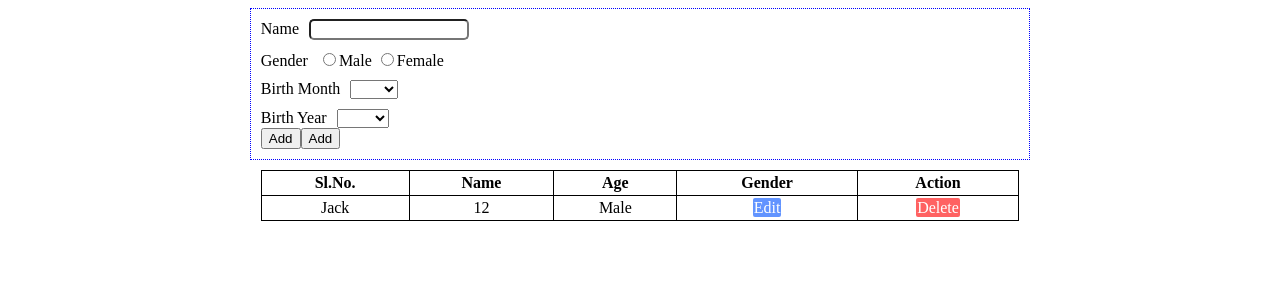
Repository: tysonpaul89/vue-student-crud
Page: /
The author's editor kept a copy of each file at every save. The page is drawn from the files as they stood at one save, then again after the next save.
The browser window is 1280 px wide. The pictures show the whole page.
The project was rebuilt for these pictures with package versions that can differ from the ones it lists, and the page was loaded fresh each time.

Above is the page before, as saved 2020-04-11 13:23:17.

### src/App.vue
<template>
  <div id="app">
    <StudentForm :type="formType" :studentData="student" @studentFormData="addStudent"/>
    <StudentListng
      @editStudent="onStudentEdit"
      @deleteStudent="onStudentDelete"
      :studentArray="students" />
  </div>
</template>

<script>
import StudentListng from './components/StudentListng.vue';
import StudentForm from './components/StudentForm.vue';

export default {
  name: 'App',
  components: {
    StudentListng, // To display student data.
    StudentForm // To Add/Edit student data.
  },
  data() {
    return {
      students: [
        { id:1, name: 'Jack', age: 12, gender: 'Male', birthMonth: 7, birthYear: 2008 },
      ],
      formType: 'create',
      student: null,
    }
  },
  methods: {
    addStudent(data) {
      if (this.formType === 'create') {
        this.students.push(data);
      } else {
        // TODO: Edit student
      }
      this.student = null;
    },
    onStudentEdit(studentId) {
      this.formType = 'edit';
      this.student = this.students.find(student => student.id === studentId)
    },
    onStudentDelete(studentId) {
      this.students = this.students.filter(student => student.id !== studentId)
    }
  }
}
</script>

<style>

</style>

### src/components/StudentListng.vue
<template>
  <table>
    <thead>
      <tr>
        <th>Sl.No.</th>
        <th>Name</th>
        <th>Age</th>
        <th>Gender</th>
        <th colspan="2">Action</th>
      </tr>
    </thead>
    <tbody>
      <tr v-for="student in studentArray" :key="student.id">
        <td>{{ student.name }}</td>
        <td>{{ student.age }}</td>
        <td>{{ student.gender }}</td>
        <td class="btn-td"><a id="btn-edit" href="#" @click="onStudentEdit(student.id)">Edit</a></td>
        <td class="btn-td"><a id="btn-delete" href="#" @click="onStudentDelete(student.id)">Delete</a></td>
      </tr>
    </tbody>
  </table>
</template>

<script>
export default {
  props: {
    studentArray: Array
  },
  methods: {
    onStudentEdit(studentID) {
      this.$emit('editStudent', studentID);
    },
    onStudentDelete(studentID) {
      this.$emit('deleteStudent', studentID);
    }
  }
};
</script>

<style scoped>
  table {
    border-collapse: collapse;
    width: 60%;
    margin: 0 auto;
  }

  table,
  td,
  th {
    border: 1px solid black;
    padding: 3px;
  }

  td {
    text-align: center;
  }

  #btn-delete,
  #btn-edit {
    color: white;
    text-decoration: none;
    padding: 1px;
    border-radius: 2px;
  }

  #btn-delete {
    background-color: rgba(255, 0, 0, 0.616);
  }

  #btn-edit {
    background-color: rgba(0, 81, 255, 0.616);
  }
</style>

### src/components/StudentForm.vue
<template>
  <div class="container">
    <form>
      <div class="form-group">
        <label for="name">Name</label>
        <input type="text" id="name" name="name" v-model="studentForm.name" />
      </div>
      <div class="form-group">
        <label>Gender</label>
        <input type="radio" name="Male" value="Male" v-model="studentForm.gender">Male
        <input type="radio" name="Female" value="Female" v-model="studentForm.gender">Female
      </div>
      <div class="form-group">
        <label for="month">Birth Month</label>
        <select name="month" id="month" v-model="studentForm.birthMonth">
          <option v-for="(month, index) in months" :key="index" :value="index">{{month}}</option>
        </select>
      </div>
      <div class="form-group">
        <label for="year">Birth Year</label>
        <select name="year" id="year" v-model="studentForm.birthYear">
          <option v-for="(year, index) in years" :key="index" :value="year">{{year}}</option>
        </select>
      </div>
      <button type="button" @click="onSubmit()">{{ type === 'create' ? 'Add' : 'Edit' }}</button>
      <button type="button" @click="onReset()">{{ type === 'create' ? 'Add' : 'Edit' }}</button>
    </form>
  </div>
</template>

<script>
export default {
  props: ['type', 'studentData'],
  computed: {
    years: () => {
      const yearLimit = new Date().getFullYear() - 5;
      const years = [];
      for(let i=2000; i < yearLimit; i++) {
        years.push(i);
      }
      return years;
    }
  },
  data() {
    return {
      studentForm: {
        id: 0,
        name: "",
        gender: null,
        birthMonth: null,
        birthYear: null,
      },
      months: ['Jan', 'Feb', 'Mar', 'Apr', 'May', 'Jun', 'Jul', 'Aug', 'Sep', 'Oct', 'Nov', 'Dec'],
    };
  },
  beforeUpdate() {
    console.log(this.type, this.studentData);
    if(this.type === 'edit' && this.studentData) {
      this.studentForm.name = this.studentData.name
    }
  },
  methods: {
    onSubmit() {
      const today = new Date()
      let student = null;
      if (this.type === 'create') {
        student = {
          id: today.getMilliseconds(),
          name: this.studentForm.name,
          age:  today.getFullYear() - this.studentForm.birthYear,
          gender: this.studentForm.gender,
          birthMonth: this.studentForm.birthMonth,
          birthYear: this.studentForm.birthYear,
        };
      } else {
        // pass
      }
      // Pass to the parent element.
      this.$emit('studentFormData', student)
    }
  }
};
</script>

<style scoped>
.container {
  width: 60%;
  margin: 0 auto;
  margin-bottom: 10px;
  border: 1px dotted blue;
  padding: 0 10px 10px 10px;
}

.form-group {
  padding-top: 10px;
}

.form-group label {
  padding-right: 10px;
}

.form-group input[type="text"] {
  border-radius: 5px;
  width: 20%;
}
</style>

Loaded but not shown: public/index.html (common file); src/main.js (common file)

After the next save:
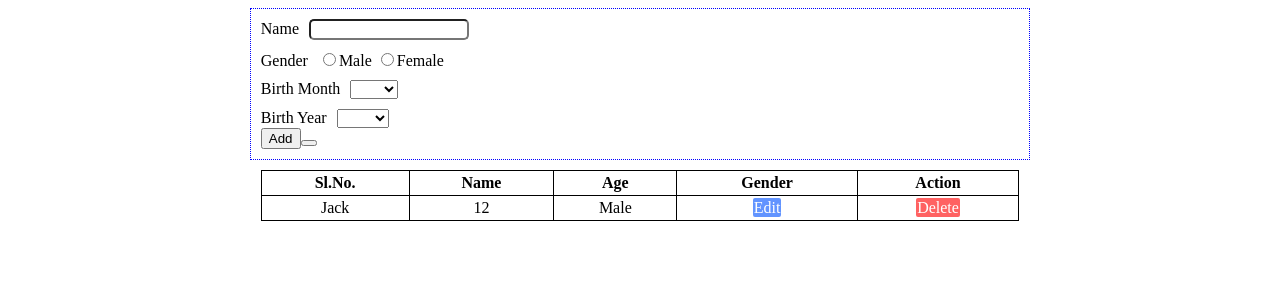
Saved 6 s later.
--- a/src/components/StudentForm.vue
+++ b/src/components/StudentForm.vue
@@ -23,7 +23,7 @@
         </select>
       </div>
       <button type="button" @click="onSubmit()">{{ type === 'create' ? 'Add' : 'Edit' }}</button>
-      <button type="button" @click="onReset()">{{ type === 'create' ? 'Add' : 'Edit' }}</button>
+      <button type="button" @click="onReset()"></button>
     </form>
   </div>
 </template>
